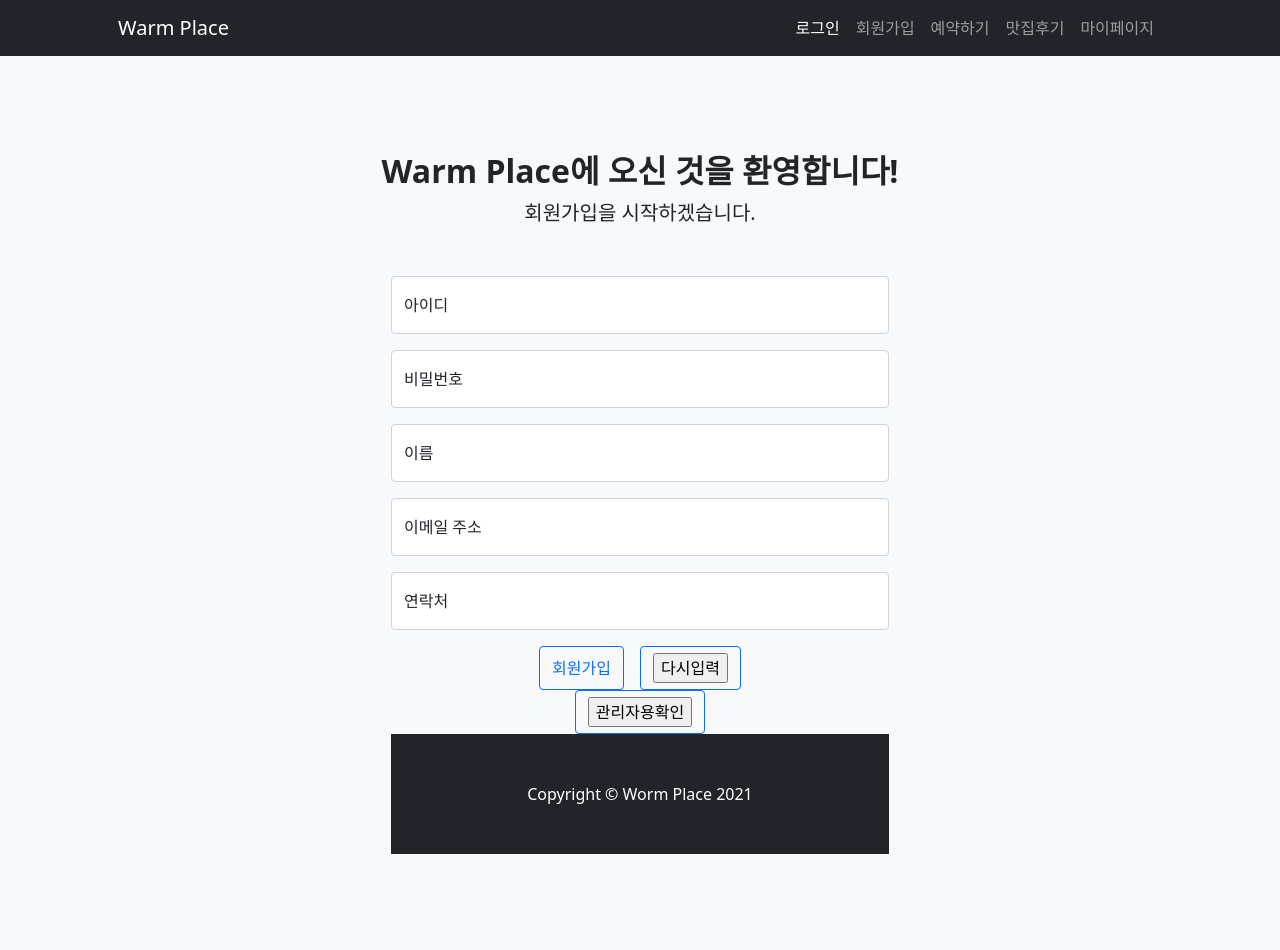
Repository: jaunnnngs/HackaTone
Page: http://localhost/StunProjects/St_Join/st_userJoin.jsp
An editor plug-in stored every save of this project. The page is shown before and after the next save, followed by the edit.
The browser window is 1280 px wide. The pictures show the whole page.
Some web libraries are served in a nearby version. The page is served by Tomcat 9. Other server files are loaded and not shown.

Above is the page before, as saved 2021-08-02 07:53:19.

### STUN_TEAM/StunProjects/src/main/webapp/St_Join/st_userJoin.jsp
<%@ page language="java" contentType="text/html; charset=UTF-8" pageEncoding="UTF-8"%>

<!DOCTYPE html>
<html>
        <head>
        <meta charset="utf-8" />
        <meta name="viewport" content="width=device-width, initial-scale=1, shrink-to-fit=no" />
        <meta name="description" content="" />
        <meta name="author" content="" />
        <title>Warm Place_main</title>
        <!-- Favicon-->
        <link rel="icon" type="image/x-icon" href="assets/favicon.ico" />
        <!-- Bootstrap icons-->
        <link href="https://cdn.jsdelivr.net/npm/bootstrap-icons@1.4.1/font/bootstrap-icons.css" rel="stylesheet" />
        <!-- Core theme CSS (includes Bootstrap)-->
        <link href="css/styles.css" rel="stylesheet" />
    </head>
    <body>
    <form action="./st_userJoinAction.jsp"method="post">
   <%
	// 현재 세션 상태를 체크한다
	String userID = null;
	if (session.getAttribute("userID") != null) {
		userID = (String) session.getAttribute("userID");
	}
	%>

        <!-- Responsive navbar-->
        <nav class="navbar navbar-expand-lg navbar-dark bg-dark">
            <div class="container px-5">
                <a class="navbar-brand" href="../St_Join/main.jsp">Warm Place</a>
                <button class="navbar-toggler" type="button" data-bs-toggle="collapse" data-bs-target="#navbarSupportedContent" aria-controls="navbarSupportedContent" aria-expanded="false" aria-label="Toggle navigation"><span class="navbar-toggler-icon"></span></button>
                 <div class="collapse navbar-collapse" id="navbarSupportedContent">
                 <%
					// 로그인 하지 않았을 때 보여지는 화면
					if(userID == null){
				%>
                    <ul class="navbar-nav ms-auto mb-2 mb-lg-0">
                        <li class="nav-item"><a class="nav-link active" aria-current="page" href="../St_board/login.jsp">로그인</a></li>
                        <li class="nav-item"><a class="nav-link" href="../St_Join/st_userJoin.jsp">회원가입</a></li>
                        <li class="nav-item"><a class="nav-link" href="../St_Reservation/map.jsp">예약하기</a></li>
                        <li class="nav-item"><a class="nav-link" href="../St_board/bbs.jsp">맛집후기</a></li>
                        <li class="nav-item"><a class="nav-link" href="#!">마이페이지</a></li>
                    </ul>
				<%
				// 로그인이 되어 있는 상태에서 보여주는 화면
					}else{
				%>
                    <ul class="navbar-nav ms-auto mb-2 mb-lg-0">
                        <li class="nav-item"><a class="nav-link active" aria-current="page" href="../St_board/logoutAction.jsp">로그아웃</a></li>
                        <li class="nav-item"><a class="nav-link" href="../St_Join/st_userJoin.jsp">회원가입</a></li>
                        <li class="nav-item"><a class="nav-link" href="../St_Reservation/map.jsp">예약하기</a></li>
                        <li class="nav-item"><a class="nav-link" href="../St_board/bbs.jsp">맛집후기</a></li>
                        <li class="nav-item"><a class="nav-link" href="#!">마이페이지</a></li>
                    </ul>
                    <%
				}
			%>
                </div>
            </div>
        </nav>
	    <!-- 회원가입 섹션-->
       <section class="bg-light py-5">
            <div class="container px-5 my-5 px-5">
                <div class="text-center mb-5">
                    <h2 class="fw-bolder">Warm Place에 오신 것을 환영합니다!</h2>
                    <p class="lead mb-0">회원가입을 시작하겠습니다.</p>
                </div>
                <div class="row gx-5 justify-content-center">
                    <div class="col-lg-6">
                        <!-- * * * * * * * * * * * * * * *-->
                        <!-- * * SB Forms Contact Form * *-->
                        <!-- * * * * * * * * * * * * * * *-->
                        <!-- This form is pre-integrated with SB Forms.-->
                        <!-- To make this form functional, sign up at-->
                        <!-- https://startbootstrap.com/solution/contact-forms-->
                        <!-- to get an API token!-->
                        <form id="contactForm" data-sb-form-api-token="API_TOKEN">
                            <!-- userID input-->
                            <div class="form-floating mb-3">
                                 <input class="form-control" name="userID" id="userID" type="text" placeholder="Enter your ID..." data-sb-validations="required" />
                                 <label for="userID">아이디</label>
                                <div class="invalid-feedback" data-sb-feedback="userID:required">A userID is required.</div>
                            </div>
                            <!-- userPassword input-->
                            <div class="form-floating mb-3">
                                <input class="form-control" name="userPassword" id="userPassword" type="password" placeholder="Enter your password..." data-sb-validations="required,email" />
                                <label for="userPassword">비밀번호</label>
                                <div class="invalid-feedback" data-sb-feedback="password:required">A password is required.</div>
                                <div class="invalid-feedback" data-sb-feedback="password:password">Password is not valid.</div>
                            </div>
                            <!-- Name input-->
                            <div class="form-floating mb-3">
                                <input class="form-control" name="name" id="name" type="text" placeholder="Enter your name..." data-sb-validations="required" />
                                <label for="name">이름</label>
                                <div class="invalid-feedback" data-sb-feedback="name:required">A name is required.</div>
                            </div>
                            <!-- Email address input-->
                            <div class="form-floating mb-3">
                                <input class="form-control" name="email" id="email" type="email" placeholder="name@example.com" data-sb-validations="required,email" />
                                <label for="email">이메일 주소</label>
                                <div class="invalid-feedback" data-sb-feedback="email:required">An email is required.</div>
                                <div class="invalid-feedback" data-sb-feedback="email:email">Email is not valid.</div>
                            </div>

                            <!-- Phone number input-->
                            <div class="form-floating mb-3">
                                <input class="form-control" name="number" id="phonenumber" type="phonenumber" placeholder="(123) 456-7890" data-sb-validations="required" />
                                <label for="phonenumber">연락처</label>
                                <div class="invalid-feedback" data-sb-feedback="phonenumber:required">A phone number is required.</div>
                            </div>


                            <!-- 제출 성공시 뜨는 메세지-->
                            <!---->
                            <!-- This is what your users will see when the form-->
                            <!-- has successfully submitted-->
                            <div class="d-none" id="submitSuccessMessage">
                                <div class="text-center mb-3">
                                    <div class="fw-bolder">Form submission successful!</div>
                                    To activate this form, sign up at
                                    <br />
                                    <a href="https://startbootstrap.com/solution/contact-forms">https://startbootstrap.com/solution/contact-forms</a>
                                </div>
                            </div>
                            <!-- 제출 에러 메세지-->
                            <!---->
                            <!-- This is what your users will see when there is-->
                            <!-- an error submitting the form-->
                            <div class="d-none" id="submitErrorMessage"><div class="text-center text-danger mb-3">Error sending message!</div></div>
                            <!--마지막 버튼!  -->
                            <div class="d-grid gap-3 d-sm-flex justify-content-sm-center">
							<!-- <a class="btn btn-outline-primary"> --><input class="btn btn-outline-primary" type="submit" value="회원가입"><!-- </a> -->
							<a class="btn btn-outline-primary"><input type="reset" value="다시입력"></a></div>

		</form>





     <!-- 디비확인용 버튼 -->
     <form action="./UseStunDB.jsp" method="post">
     <div class="d-grid gap-3 d-sm-flex justify-content-sm-center">
     <a class="btn btn-outline-primary"><input type="submit" value="관리자용확인"></a></div>
	 </form>


    <!-- 하단화면r-->

        <footer class="py-5 bg-dark">
            <div class="container px-5"><p class="m-0 text-center text-white">Copyright &copy; Worm Place 2021</p></div>
        </footer>
        <!-- Bootstrap core JS-->
        <script src="https://cdn.jsdelivr.net/npm/bootstrap@5.0.2/dist/js/bootstrap.bundle.min.js"></script>
        <!-- Core theme JS-->
        <script src="js/scripts.js"></script>
        <!-- * * * * * * * * * * * * * * * * * * * * * * * * * * * * * * * * * * * * * * * *-->
        <!-- * *                               SB Forms JS                               * *-->
        <!-- * * Activate your form at https://startbootstrap.com/solution/contact-forms * *-->
        <!-- * * * * * * * * * * * * * * * * * * * * * * * * * * * * * * * * * * * * * * * *-->
        <script src="https://cdn.startbootstrap.com/sb-forms-latest.js"></script>
    </body>

### STUN_TEAM/StunProjects/src/main/webapp/St_Join/js/scripts.js
/*!
* Start Bootstrap - Business Frontpage v5.0.3 (https://startbootstrap.com/template/business-frontpage)
* Copyright 2013-2021 Start Bootstrap
* Licensed under MIT (https://github.com/StartBootstrap/startbootstrap-business-frontpage/blob/master/LICENSE)
*/
// This file is intentionally blank
// Use this file to add JavaScript to your project

Loaded but not shown: STUN_TEAM/StunProjects/src/main/webapp/St_Join/css/styles.css (library)

After the next save:
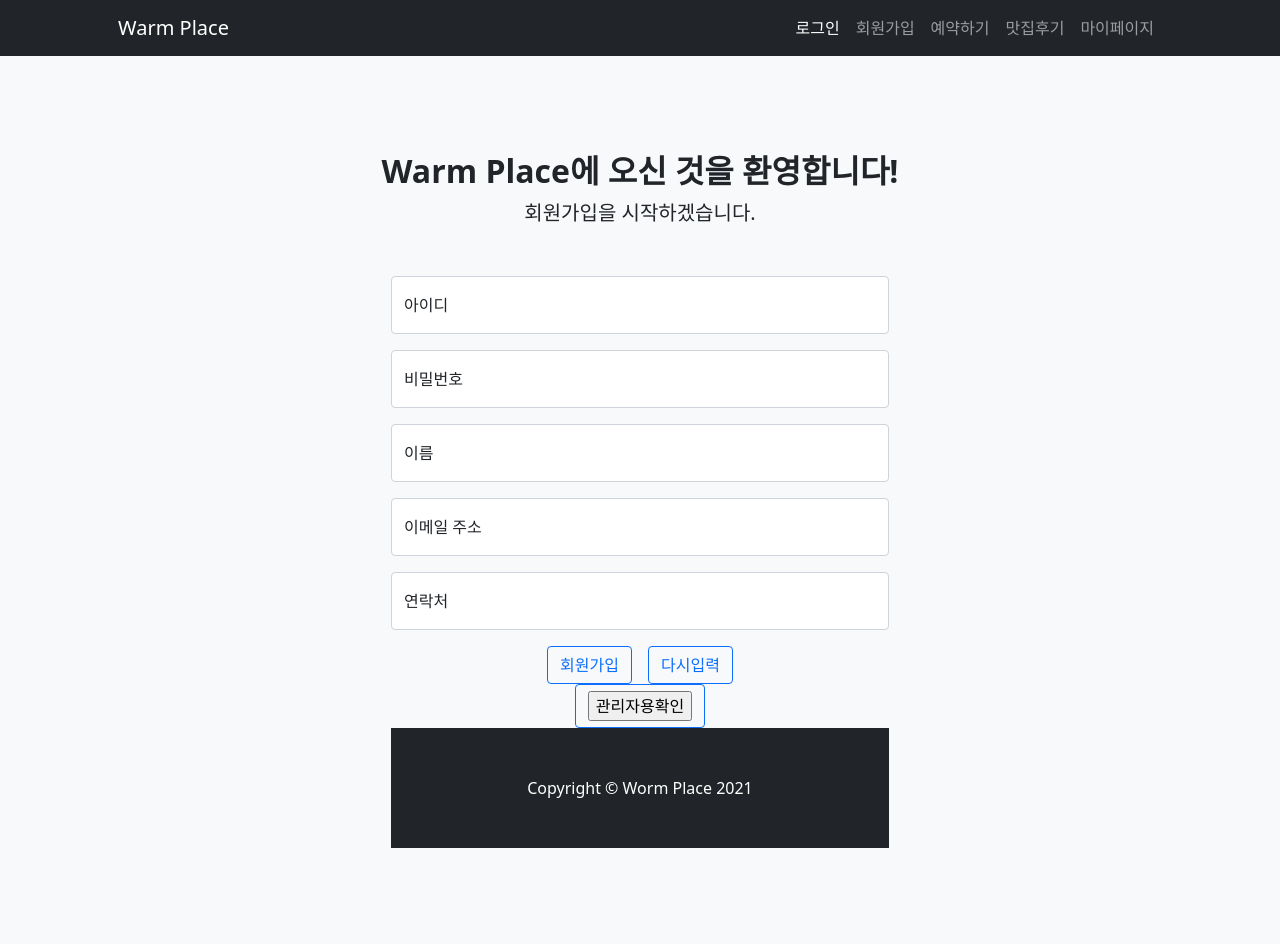
Saved 77 s later.
--- a/STUN_TEAM/StunProjects/src/main/webapp/St_Join/st_userJoin.jsp
+++ b/STUN_TEAM/StunProjects/src/main/webapp/St_Join/st_userJoin.jsp
@@ -130,8 +130,8 @@
                             <div class="d-none" id="submitErrorMessage"><div class="text-center text-danger mb-3">Error sending message!</div></div>
                             <!--마지막 버튼!  -->
                             <div class="d-grid gap-3 d-sm-flex justify-content-sm-center">
-							<!-- <a class="btn btn-outline-primary"> --><input class="btn btn-outline-primary" type="submit" value="회원가입"><!-- </a> -->
-							<a class="btn btn-outline-primary"><input type="reset" value="다시입력"></a></div>
+							<input class="btn btn-outline-primary" type="submit" value="회원가입">
+							<input class="btn btn-outline-primary" type="reset" value="다시입력"></div>
 
 		</form>
 
